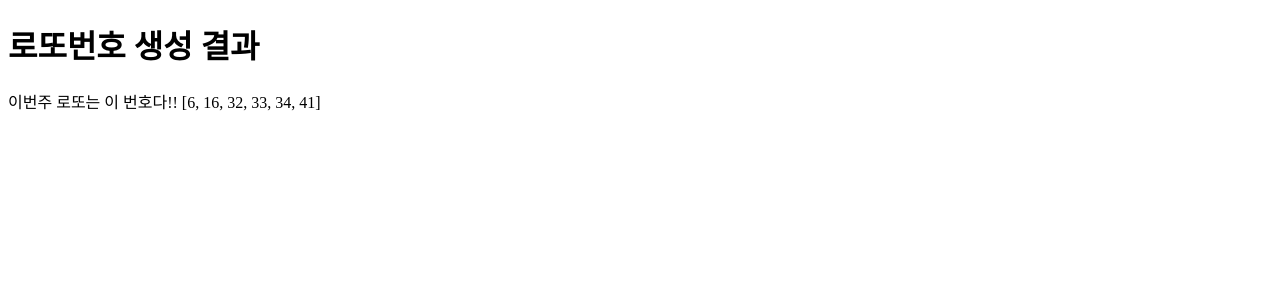
Repository: gowjd4419/jsp
Page: http://localhost/JSPBasic/jsptag/tag_quiz03.jsp
These files come from the project's save history. The page is drawn as it stood at one moment and after the next save; the edit follows.
The browser window is 1280 px wide. The pictures show the whole page.
The page is served by Tomcat 9.

Above is the page before, as saved 2022-03-24 08:50:31.

After the next save:
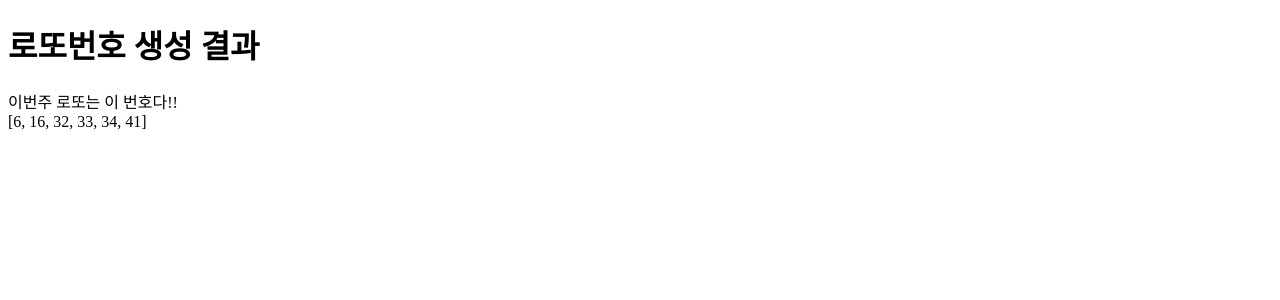
Saved 11 s later.
--- a/JSPBasic/src/main/webapp/jsptag/tag_quiz03.jsp
+++ b/JSPBasic/src/main/webapp/jsptag/tag_quiz03.jsp
@@ -10,7 +10,7 @@
 <body>
  <h1>로또번호 생성 결과</h1>
 
- 이번주 로또는 이 번호다!!
+ 이번주 로또는 이 번호다!!<br>
 
  <%
 
